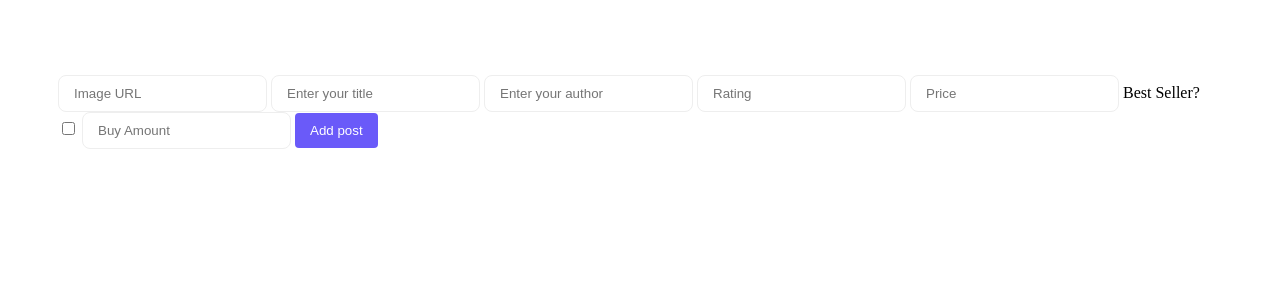
Repository: thuan711/All-about-JS
Page: api/api.html
These files come from the project's save history. The page is drawn as it stood at one moment and after the next save; the edit follows.
The browser window is 1280 px wide. The pictures show the whole page.

Above is the page before, as saved 2023-01-22 22:30:48.

After the next save:
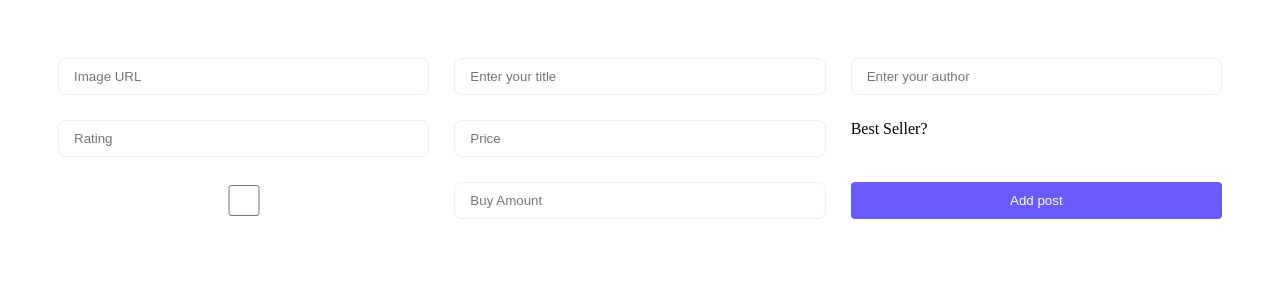
Saved 2 min 11 s later.
--- a/api/api.html
+++ b/api/api.html
@@ -112,25 +112,84 @@
             }
           }
           /*json placeholder*/
-          .form-post{
-            display: block;
-            justify-content: center;
-            gap: 0 25px;
-            margin: 25px auto;
+          .form-post {
+            display: grid;
+            grid-template-columns: 1fr 1fr 1fr;
+            gap: 25px;
             padding: 50px;
           }
-          .form-post input{
+          .form-post input {
             padding: 10px 15px;
             border: 1px solid #eee;
             border-radius: 8px;
           }
-          .form-post button{
+          .form-post button {
             background-color: #6a5af9;
             color: white;
             border: 0;
             outline: none;
             padding: 10px 15px;
             border-radius: 4px;
+          }
+          .course-list {
+            display: grid;
+            grid-template-columns: repeat(4, 1fr);
+            grid-gap: 25px;
+            padding: 25px;
+          }
+          .course-image {
+            height: 300px;
+            position: relative;
+          }
+          .course-remove {
+            display: inline-block;
+            padding: 10px;
+            cursor: pointer;
+            background-color: #ff6651;
+            color: white;
+            border: none;
+            outline: none;
+            position: absolute;
+            right: 10px;
+            top: 10px;
+          }
+          .course-remove i {
+            pointer-events: none;
+          }
+          .course-image img {
+            border-radius: 8px;
+            width: 100%;
+            height: 100%;
+            object-fit: cover;
+          }
+          .course-title {
+            margin-top: 10px;
+            margin-bottom: 10px;
+            line-height: 1.25;
+            font-weight: 500;
+          }
+          .course-author {
+            font-size: 13px;
+            color: #999;
+            font-weight: 300;
+            margin-bottom: 15px;
+          }
+          .course-best-seller {
+            display: inline-block;
+            padding: 10px 15px;
+            color: #ff6651;
+            background-color: #ff655113;
+          }
+          .course-meta {
+            display: flex;
+            align-items: center;
+            margin-bottom: 15px;
+            gap: 0 10px;
+          }
+          .course-enroll {
+            font-size: 13px;
+            color: #999;
+            font-weight: 300;
           }
     </style>
 
